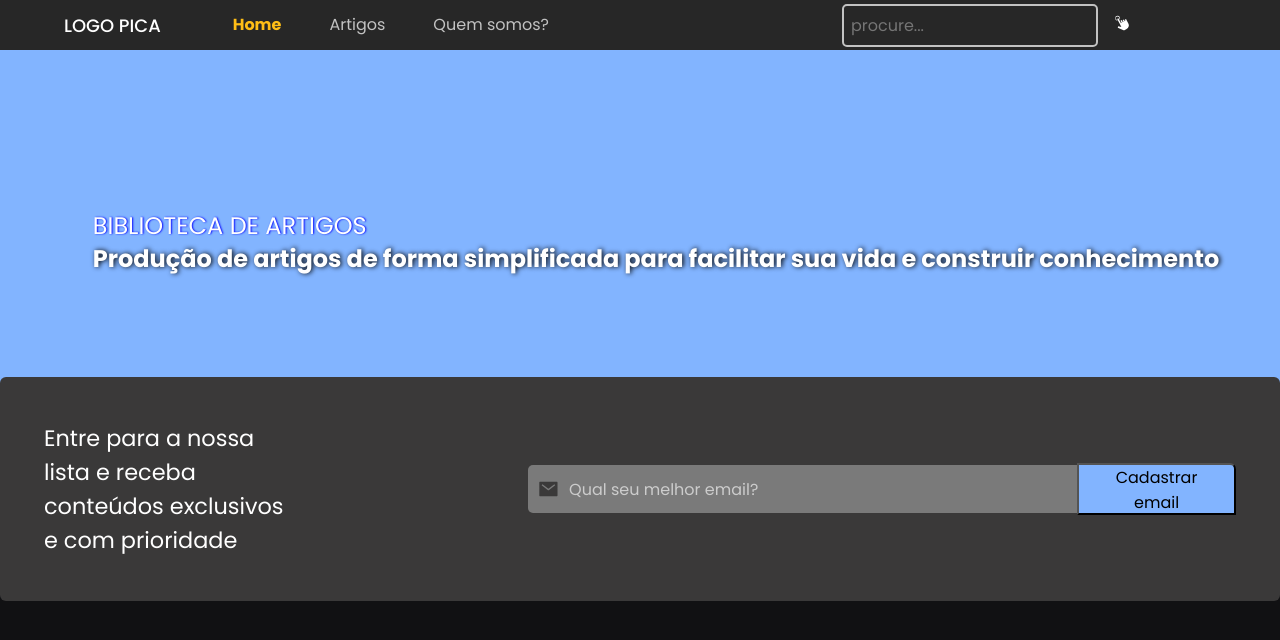
Repository: ArthurHendrich/Inepto
Page: /
These files come from the project's save history. The page is drawn as it stood at one moment and after the next save; the edit follows.
The browser window is 1280 px wide. The pictures show the whole page.
The project was rebuilt for these pictures with package versions that can differ from the ones it lists, and the page was loaded fresh each time. The framework's server and built-in components were replaced by stand-ins that run in the browser. Also part of the build but not shown: next.config.js.

Above is the page before, as saved 2022-07-06 20:43:35.

### src/pages/_app.tsx
import { AppProps } from "next/app";
import { Header } from "../components/header";

import '../styles/global.scss';

function MyApp({ Component, pageProps }: AppProps) {
  return (
    <>
    <Header />
    <Component {...pageProps} />
    </>
  );
}

export default MyApp;

### src/pages/_document.tsx
import Document, { Html, Head, Main, NextScript } from "next/document";

export default class MyDocument extends Document {
  render() {
    return (
      <Html>
        <Head>
          <link rel="preconnect" href="https://fonts.googleapis.com" />
          <link
            href="https://fonts.googleapis.com/css2?family=Poppins:wght@400;500;700;900&display=swap"
            rel="stylesheet"
          />
          <link rel="shortcut icon" href="favicon.png" type="image/png" />
        </Head>
        <body>
          <Main />
          <NextScript />
        </body>
      </Html>
    );
  }
}

### src/pages/index.tsx
import Head from "next/head";

import styles from "../styles/home.module.scss";

import { IoMailSharp } from 'react-icons/io5';

export default function Home() {
  return (
    <>
      <Head>
        <title>Direito Inepto</title>
      </Head>

      <main>
        <section className={styles.headerContainer}>
          <div className={styles.headerText}>
            <h1>BIBLIOTECA DE ARTIGOS</h1>
            <h2>
              Produção de artigos de forma simplificada para facilitar sua vida
              e construir conhecimento
            </h2>
          </div>
        </section>

        <section className={styles.inputContainer}>
          <h2>
            Entre para a nossa lista e receba conteúdos exclusivos e com
            prioridade
          </h2>
          <div className={styles.inputContent}>
            <div className={styles.ContentFake}>
              <IoMailSharp className={styles.mail}/>
              <input type="text" placeholder="Qual seu melhor email?" />
              <button>Cadastrar email</button>
            </div>
          </div>
        </section>
      </main>
    </>
  );
}

### src/components/header/index.tsx
import styles from "./styles.module.scss";
import { GiClick } from "react-icons/gi";
import { ActiveLink } from "../ActiveLink";
import { useState } from "react";



export function Header() {
  const [inputText, setInputText] = useState('');



  return (
    <header className={styles.headerContainer}>
      <div className={styles.headerContent}>
        <div className={styles.headerItens}>
          <div className={styles.headerLogo}>
            <ActiveLink href="/" activeClassName={styles.active}>
              <a>LOGO PICA</a>
            </ActiveLink>
          </div>

          <nav>
            <ActiveLink href="/" activeClassName={styles.active}>
              <a>Home</a>
            </ActiveLink>

            <ActiveLink href="/posts" activeClassName={styles.active}>
              <a>Artigos</a>
            </ActiveLink>

            <ActiveLink href="/sobre" activeClassName={styles.active}>
              <a>Quem somos?</a>
            </ActiveLink>
          </nav>
        </div>

        <div className={styles.headerSearch}>
          <input
            type="text"
            value={inputText}
            placeholder="procure..."
            onChange={(e) => setInputText(e.target.value)}
          />
          <GiClick className={styles.headerSearchIcon}/>
        </div>
      </div>
    </header>
  );
}

### src/styles/global.scss
* {
  margin: 0;
  padding: 0;
  box-sizing: border-box;
}

:root {
  --white: #FFF;

  --gray-100: #C2C2C2;
  --gray-200: #CCCCCC;
  --gray-300: #7a7a7a;
  --gray-400: #3A3939;
  --gray-500: #272727;
  --gray-900: #111113;

  --blue-200: #3C7198;
  --blue-500: #82B4FF;
  --blue-900: #95D2FF;

  --purple-header: #2F1C6A;
  --purple-content: #492E9E;

  --yellow-500: #FFBE16;
}

@media (max-width: 1080px) {
  html {
    font-size: 93.75%;
  }
}

@media (max-width: 720px) {
  html {
    font-size: 87.5%;
  }
}

body{
  background: var(--gray-900);
  color: var(--white);
}

body, input, textarea, select, button {
  font: 400 1rem 'Poppins', sans-serif;
}

button {
  cursor: pointer;
}

a {
  color: inherit;
  text-decoration: none;
}

### src/styles/home.module.scss
.headerContainer {
  min-height: calc(60vh - 3.125rem);
  margin: 0 auto;
  display: flex;
  justify-content: center;
  align-items: center;
  padding: 0 2rem;
  background: var(--blue-500);

  .headerText {
    padding-left: 2rem;

    font-size: rem;

    h1 {
      font-weight: 50;
      cursor: pointer;
      text-shadow: 1px 0px 2px blue;
    }

    h2{
      font-weight: 700;
      line-height: 2rem;
      text-shadow: 1.5px 0px 5px black;
      cursor: pointer;
    }
  }

  img {
    width: 75%
  }
}

.inputContainer {
  max-width: 1475px;
  margin: 0 auto;
  margin-top: -55px;
  padding: 2.75rem;
  display: flex;
  align-items: center;
  background: var(--gray-400);
  border-radius: 6px;

  h2 {
    font-size: 1.4rem;
    font-weight: 100;
  }

  .inputContent {
    padding-left: 15rem;

    .ContentFake {
      background: var(--gray-300);
      border-radius: 5px;
      display: flex;
      height: 3rem;
      align-items: center;

      input {
        margin-right: 2rem;
        border: none;
        background-color: transparent;
        color: var(--white);
        outline: none;
      }

      button{
        height: 3.3rem;
        margin-left: 10rem;
        padding-left: 2rem;
        padding-right: 2rem;
        text-align: center;
        border-top-right-radius: 6px;
        background-color: var(--blue-500);
      }

      .mail{
        height: 30px;
        width: 30px;
        margin-right: 10px;
        margin-left: 10px;
        color: var(--gray-400);
      }
    }
  }


  *::placeholder {
    color: var(--gray-200);
  }
}

### src/components/header/styles.module.scss
.headerContainer {
  height: 3.125rem;
  background: var(--gray-500);
  color: var(--white);

}


.headerContent {
  height: 3.125rem;
  margin: 0 auto;
  display: flex;
  padding: 0 4rem;
  align-items: center;
  justify-content: space-between;

  .headerItens {
    display: flex;
    align-items: center;
    justify-content: space-between;

    .headerLogo {
      margin-right: 4rem;
      font-size: 1.125rem;
      font-weight: 500;
    }

    nav {
      height: 6rem;

      a {
        display: inline-block;
        position: relative;
        padding: 0 0.5rem;
        height: 6rem;
        line-height: 6rem;
        color: var(--gray-100);
        transition: color 0.2s;

        & + a {
          margin-left: 2rem;
        }

        &:hover {
          color: var(--white);
        }

        &.active{
          color: var(--yellow-500);
          font-weight: bold;
        }
      }
    }
  }

  .headerSearch {
    padding: 0 0.5rem;

    input {
      margin-right: 1rem;
      border: 2px solid var(--gray-100);
      border-radius: 5px;
      background: transparent;
      width: 70%;
      padding: 0.4375rem 0.4375rem;
      color: var(--gray-300);
    }
  }
}

### src/components/ActiveLink/index.tsx
import Link, { LinkProps } from "next/link";
import { useRouter } from "next/router";
import { cloneElement, ReactElement } from "react";

interface ActiveLinkProps extends LinkProps {
  children: ReactElement;
  activeClassName: string;
}

export function ActiveLink ({ children, activeClassName, ...rest }: ActiveLinkProps) {
  const { asPath } = useRouter();

  const className = asPath === rest.href ? activeClassName : '';


  return (
    <Link {...rest}>
      {cloneElement(children, { className })}
    </Link>
  )
}

After the next save:
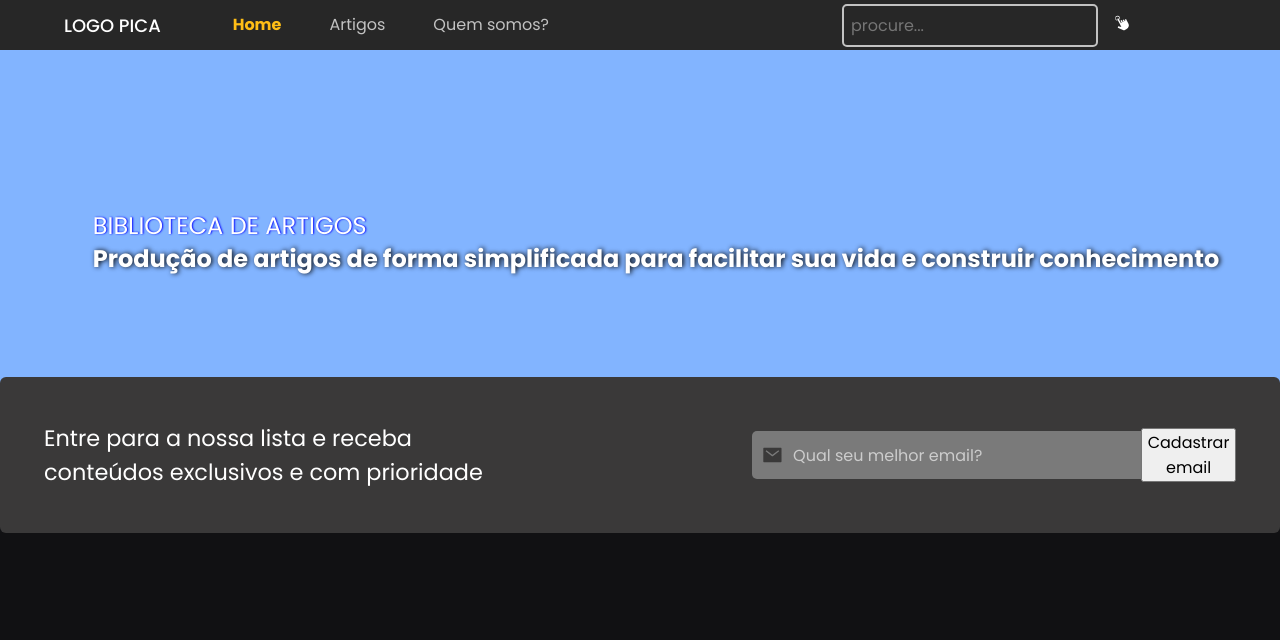
Saved 19 s later.
--- a/src/styles/home.module.scss
+++ b/src/styles/home.module.scss
@@ -64,16 +64,6 @@
         outline: none;
       }
 
-      button{
-        height: 3.3rem;
-        margin-left: 10rem;
-        padding-left: 2rem;
-        padding-right: 2rem;
-        text-align: center;
-        border-top-right-radius: 6px;
-        background-color: var(--blue-500);
-      }
-
       .mail{
         height: 30px;
         width: 30px;
